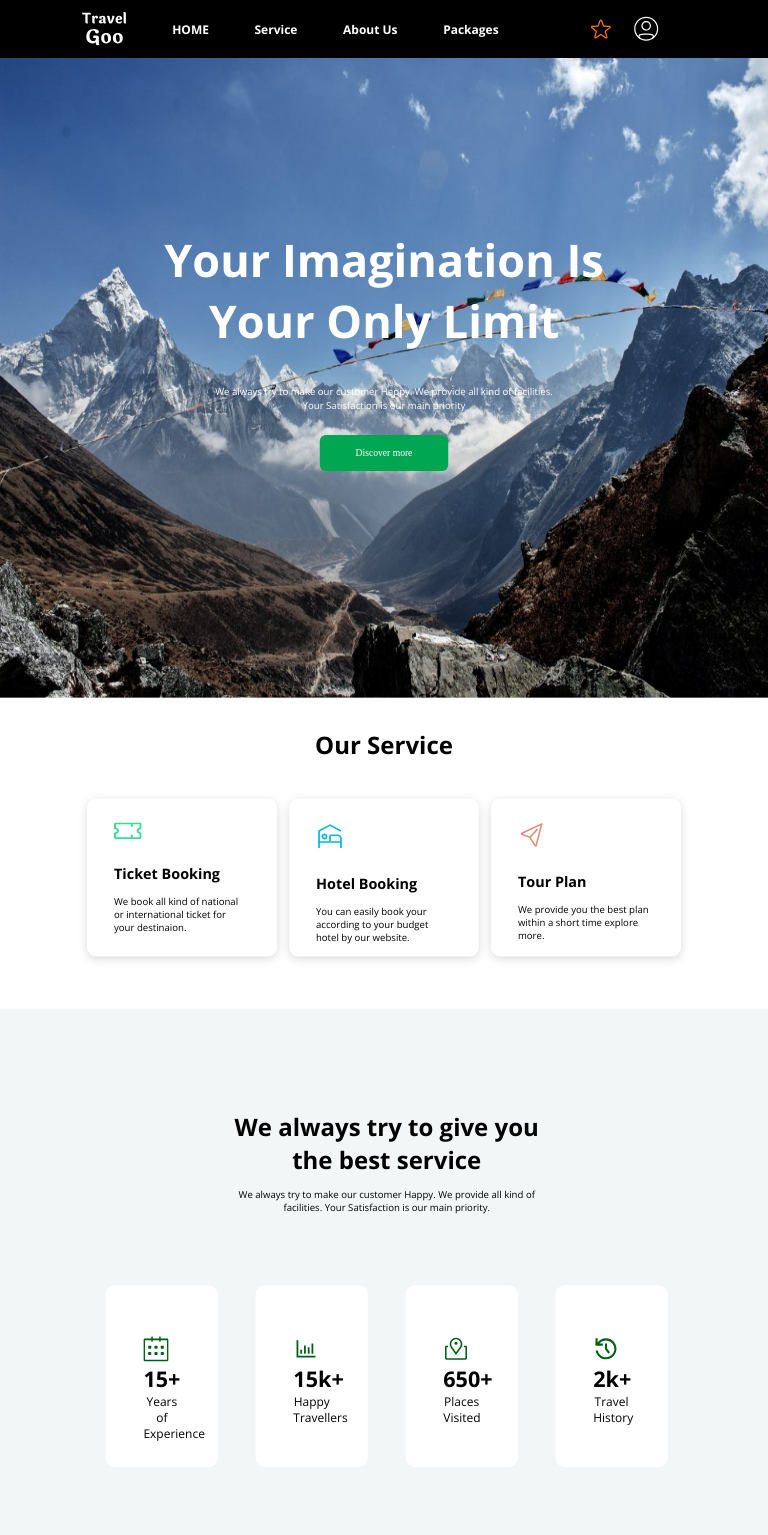
Repository: kubrazamanova/Background-Image
Page: index.html
An editor plug-in stored every save of this project. The page is shown before and after the next save, followed by the edit.
The browser window is 1280 px wide. The pictures show the whole page, at 60% of full size.

Above is the page before, as saved 2023-10-17 19:05:39.

After the next save:
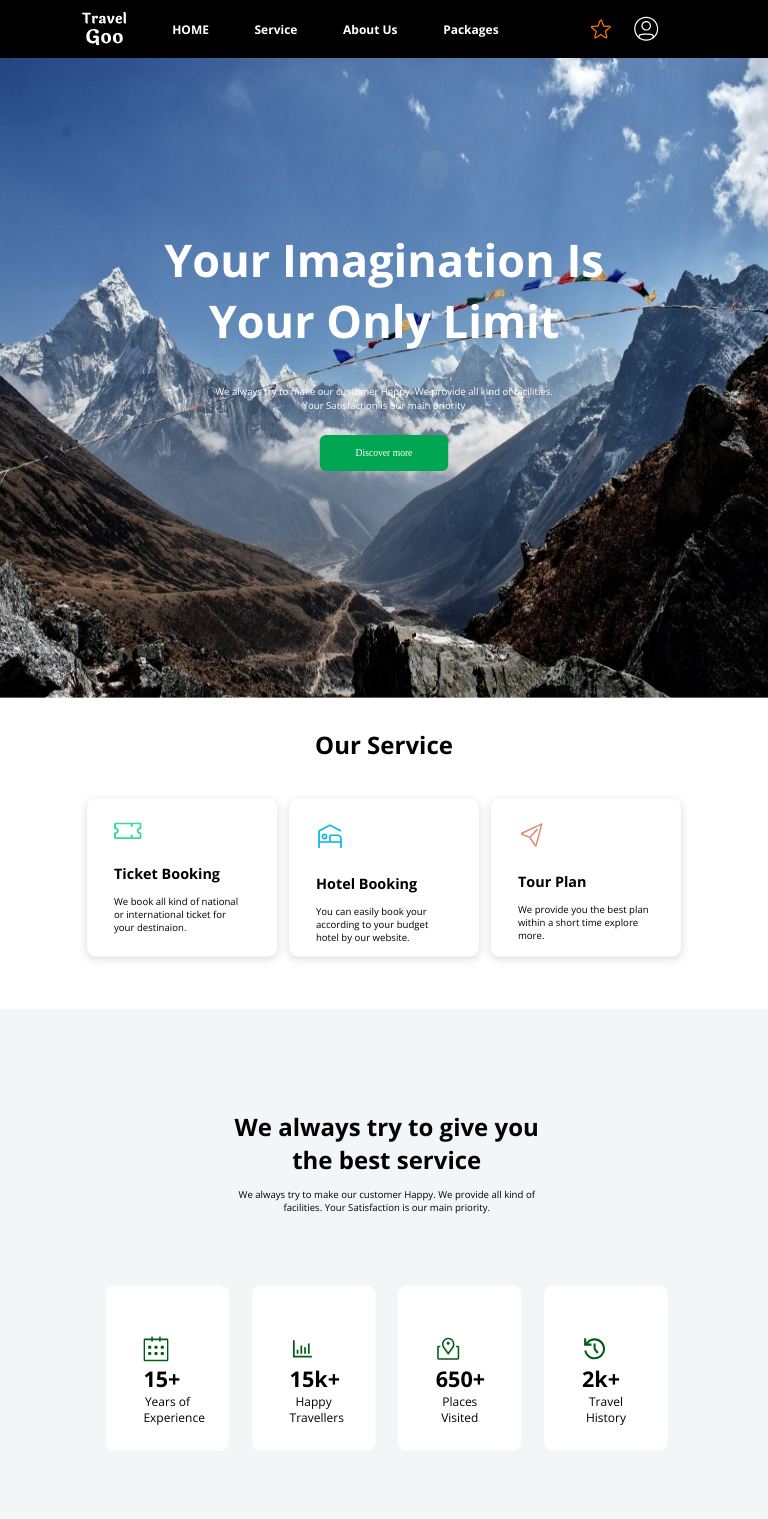
Saved 23 s later.
--- a/index.css
+++ b/index.css
@@ -194,7 +194,7 @@ main {
 }
 
 .best-service ul li {
-  width: 20%;
+  width: 22%;
   list-style-type: none;
   padding: 42px 63px;
   /* width: 250px;
